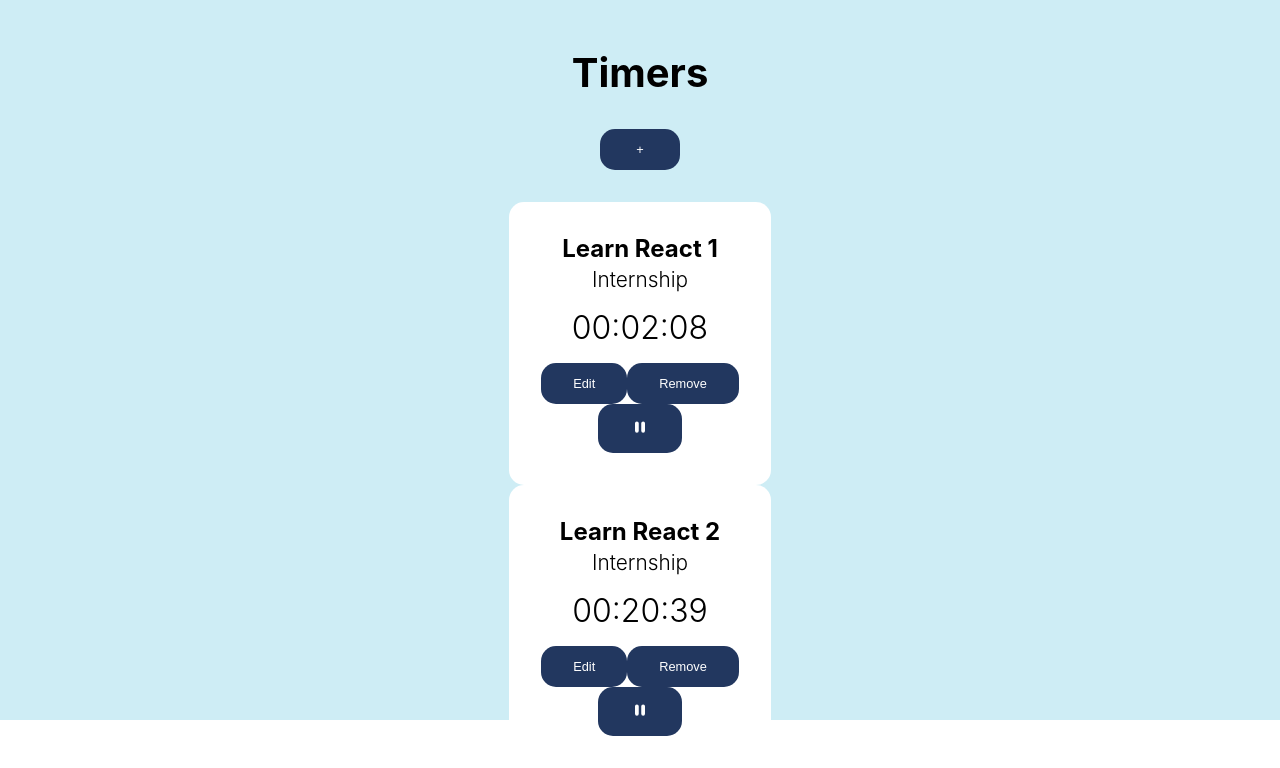
Repository: dqhuy153/react-timer
Page: /
The author's editor kept a copy of each file at every save. The page is drawn from the files as they stood at one save, then again after a run of saves.
The browser window is 1280 px wide. The pictures show the whole page.
The project was rebuilt for these pictures with package versions that can differ from the ones it lists, and the page was loaded fresh each time. Also part of the build but not shown: src/components/TimerForm/TimerForm.module.scss, src/components/TimerForm/index.jsx, src/components/EditableTimerForm/EditableTimerForm.module.scss.

Above is the page before, as saved 2021-10-26 17:28:25.

After the next 2 saves:
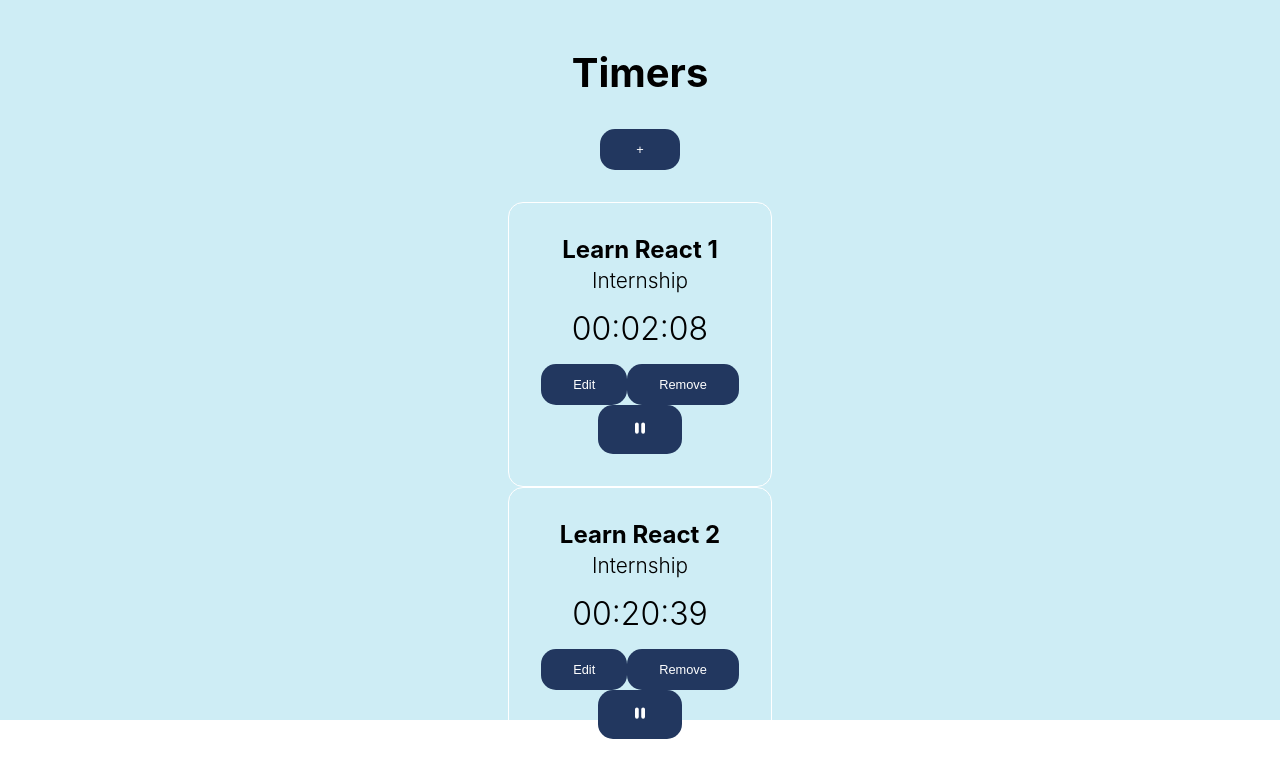
The 2 saves are shown as one change because they came seconds apart.
The last was saved 31 s later.
--- a/src/components/Timer/Timer.module.scss
+++ b/src/components/Timer/Timer.module.scss
@@ -1,9 +1,9 @@
 .container {
   text-align: center;
-  // border: 1px solid #22375f;
+  border: 1px solid #fff;
   padding: 2rem;
   border-radius: 15px;
-  background: #ffffff;
+  // background: #ffffff;
 
   &:hover {
     box-shadow: rgba(100, 100, 111, 0.2) 0px 7px 29px 0px;
